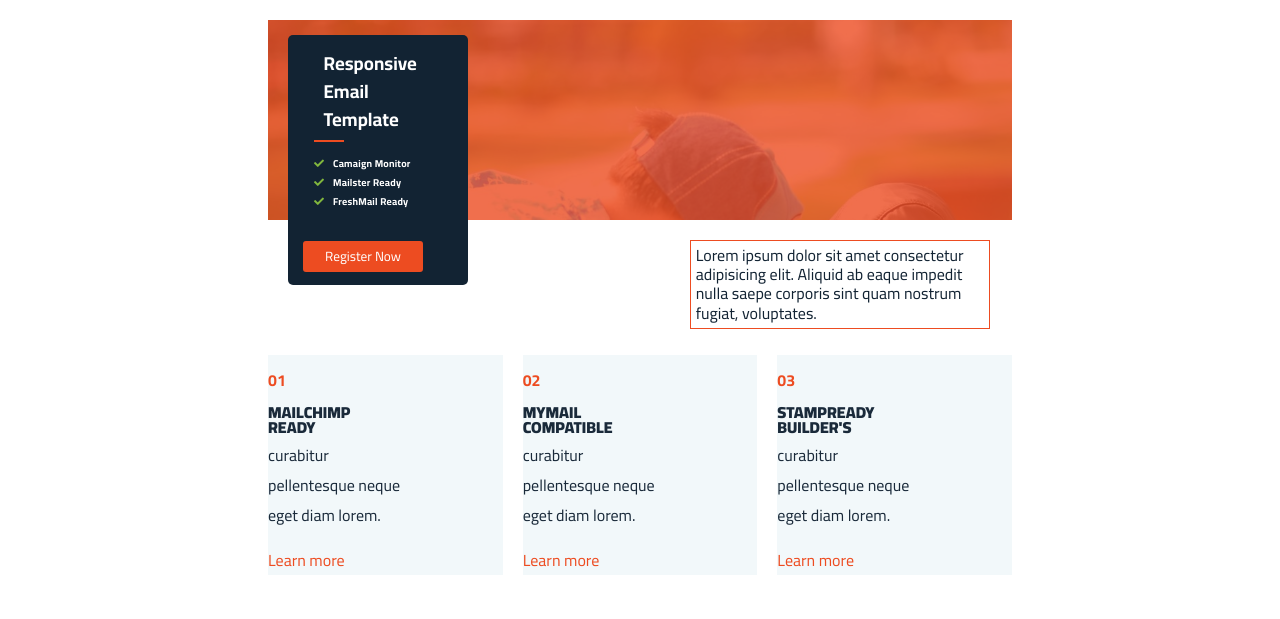
Repository: Z-ayat/Challenges
Page: Challenge 3/index.html
An editor plug-in stored every save of this project. The page is shown before and after the next save, followed by the edit.
The browser window is 1280 px wide. The pictures show the whole page.

Above is the page before, as saved 2021-09-04 01:51:18.

After the next save:
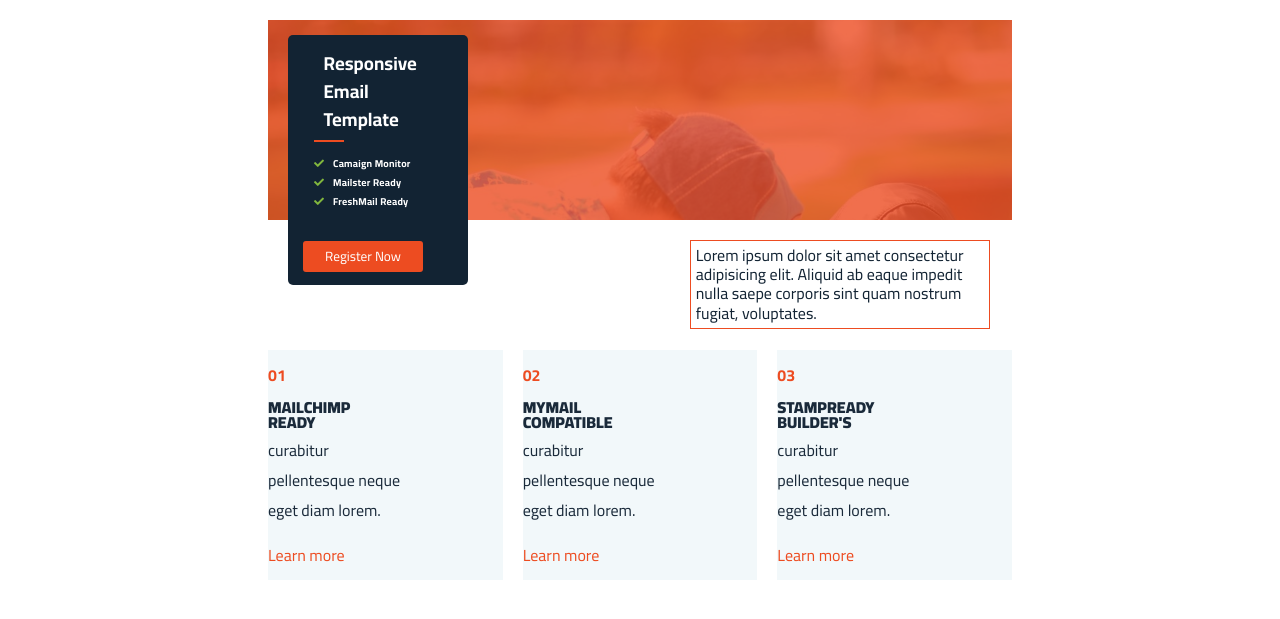
Saved 11 s later.
--- a/Challenge 3/styling/css/master.css
+++ b/Challenge 3/styling/css/master.css
@@ -198,4 +198,5 @@ h4 {
 .learnmore {
     font-family: var(--mainfont);
     color: var(--secondrycolor);
-}
+    margin-bottom: 10px;
+}
